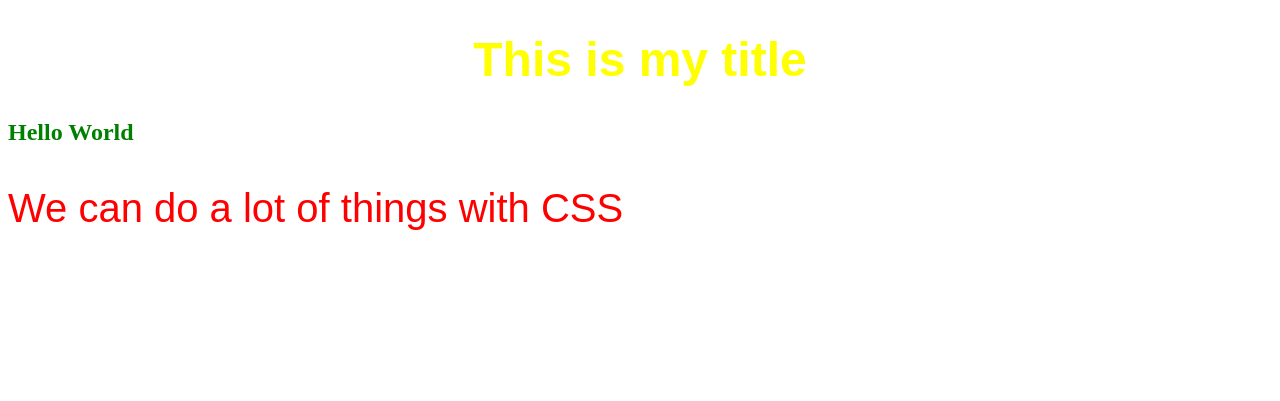
Repository: yjaneyy/ps-class-demo
Page: index.html
The author's editor kept a record of every edit. The page is drawn from the files as they stood at one moment, then again after the next edit.
The browser window is 1280 px wide. The pictures show the whole page.

Above is the page before.

### index.html
<!DOCTYPE html>
<html>
    <head>
        <title>Example Page</title>
        <link rel="stylesheet" href="styles/styles.css">
        <style>
            #paragraph{
                font-size:40px;
                color: red;
            }
            .font-selector{
                font-family:Arial;
            }
            h2{
                color:blue;
            }
            .hello-world-selector{
                color: green;
            }
        </style>
    </head>
    <body>
        <!--inline comment-->
        <h1 class="font-selector" style="color:yellow; font-size:48px">This is my title</h1>
        <h2 class="hello-world-selector">Hello World</h2>
        <p class="font-selector" id="paragraph">
            We can do a lot of things with CSS
        </p>
    </body>
</html>

### styles/styles.css

            #paragraph{
                font-size:40px;
                color: red;
            }
            .font-selector{
                font-family:Arial;
            }
            h2{
                color:blue;
            }
            .hello-world-selector{
                color: green;
            }
            h1{
                font-family:courier;
                font-size:25px;
                text-align: center;
            }
            p{
                font-size:15px;
            }
            .byline{
                text-align: center;
            }

After the next edit:
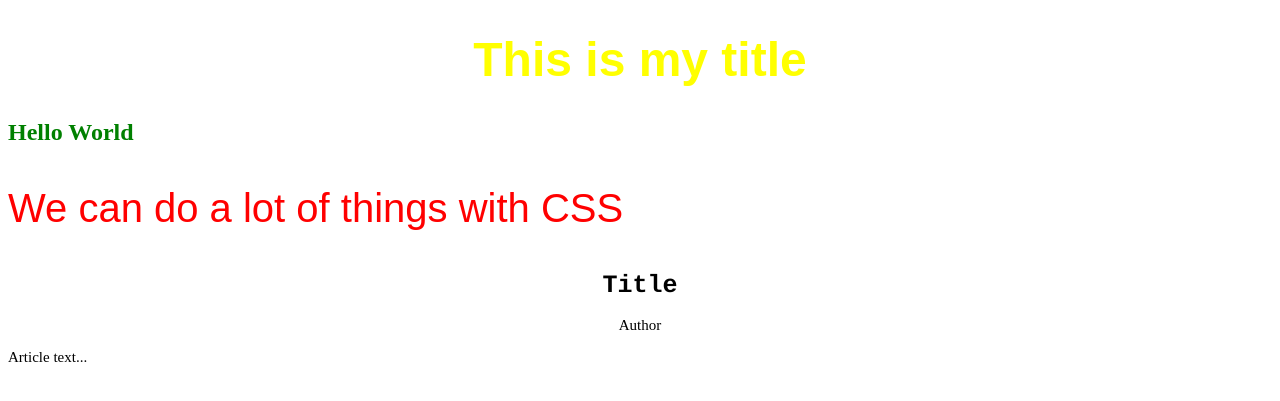
The edit:
--- a/index.html
+++ b/index.html
@@ -3,21 +3,6 @@
     <head>
         <title>Example Page</title>
         <link rel="stylesheet" href="styles/styles.css">
-        <style>
-            #paragraph{
-                font-size:40px;
-                color: red;
-            }
-            .font-selector{
-                font-family:Arial;
-            }
-            h2{
-                color:blue;
-            }
-            .hello-world-selector{
-                color: green;
-            }
-        </style>
     </head>
     <body>
         <!--inline comment-->
@@ -26,5 +11,10 @@
         <p class="font-selector" id="paragraph">
             We can do a lot of things with CSS
         </p>
+        <div>
+            <h1>Title</h1>
+            <p class="byline">Author</p>
+            <p>Article text...</p>
+        </div>
     </body>
 </html>
